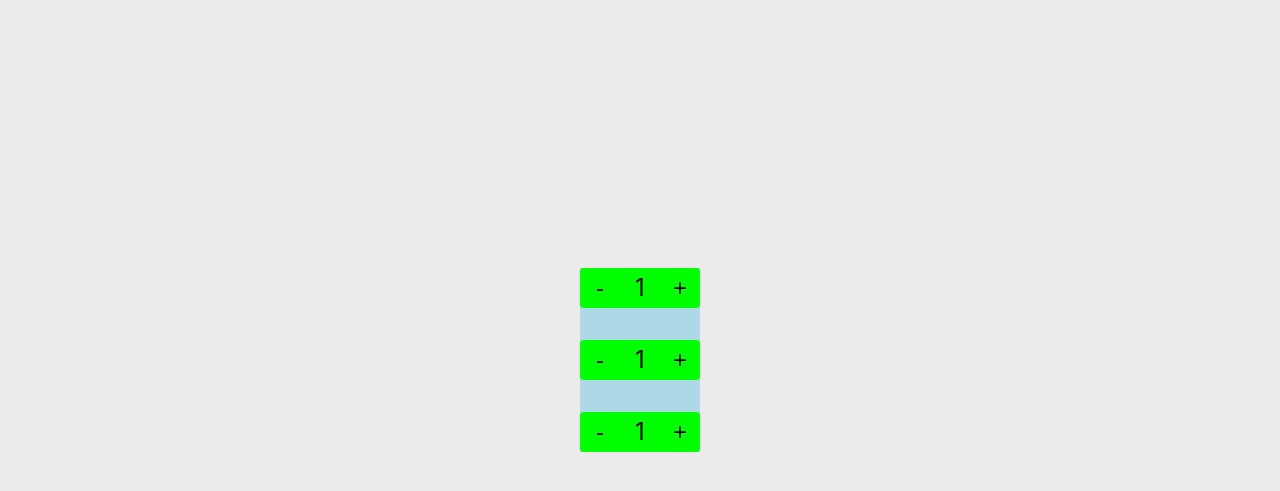
Repository: max535/test-task-netrika
Page: /
The author's editor kept a copy of each file at every save. The page is drawn from the files as they stood at one save, then again after the next save.
The browser window is 1280 px wide. The pictures show the whole page.
The project was rebuilt for these pictures with package versions that can differ from the ones it lists, and the page was loaded fresh each time.

Above is the page before, as saved 2021-10-16 07:53:32.

### public/index.html
<!DOCTYPE html>
<html lang="en">
  <head>
    <meta charset="utf-8" />
    <meta name="viewport" content="width=device-width, initial-scale=1" />
    <title>Тестовые задания</title>
  </head>
  <body>
    <div id="root"></div>
  </body>
</html>

### src/App.js
import React from 'react';
import Counter from './Counter/Counter';
import './App.css';

function App() {
  return (
    <div className="App">
      <div className="Frame">
        <Counter style={{background: 'red'}} />
        <Counter className="Red" />
        <Counter className="Lime" />
      </div>
    </div>
  );
}

export default App;

### src/Counter/Counter.js
import React, { useState } from 'react';
import "./Counter.css";

const Counter = () => {
    const [count, setCount] = useState(1);

    const handleIncrement = () => {
        setCount(count + 1);
    }

    const handleDecrement = () => {
        setCount(count - 1);
    }

    return (
        <div className="Counter">
            <button className="Decrement" onClick={handleDecrement}>-</button>
            <div className="Count">{count}</div>
            <button className="Increment" onClick={handleIncrement}>+</button>
        </div>
    );
}

export default Counter;

### src/App.css
.App {
  position: fixed;
  top: 0;
  left: 0;
  width: 100%;
  height: 100%;
  display: flex;
  flex-direction: column;
  justify-content: center;
  align-items: center;
  background-color: #EBEBEB;
}

### src/Counter/Counter.css
.Frame {
    display: flex;
    flex-direction: column;
    justify-content: space-between;
    align-items: center;
    width: 120px;
    height: 184px;
    background-color: lightblue;
}


.Counter {
    display: flex;
    flex-direction: row;
    justify-content: space-between;
    width: 120px;
    height: 40px;
    background-color: lime;
    border: 0;
    border-radius: 50px;

}

.Decrement, .Increment {
    border-radius: 4px;
    width: 40px;
    height: 40px;
    border: none;
    background-color: inherit;
    font-size: 24px;
}

.Increment:hover, .Decrement:hover {
    background-color: #F7F7F7;
    transition: ease-in-out .2s;
}

.Increment:active, .Decrement:active {
    background-color: #DCDCDC;
}


/* .Increment {
    width: 40px;
    height: 40px;
} */

.Count {
    width: 40px;
    height: 40px;
    font-size: 24px;
    text-align: center;
    margin-top: 5px;
}

Loaded but not shown: src/index.js (common file); src/index.css (common file)

After the next save:
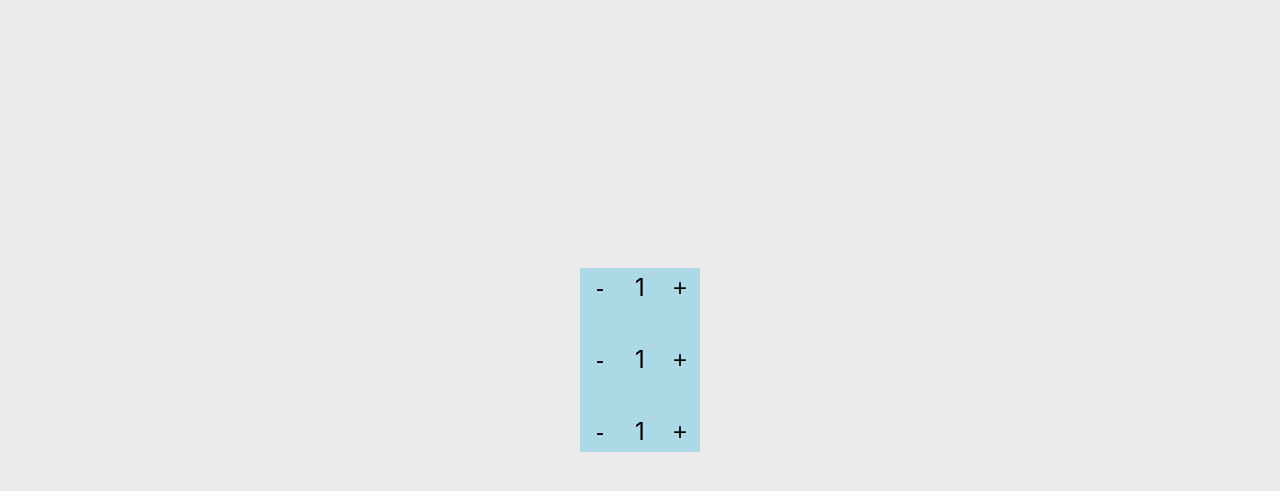
Saved 107 s later.
--- a/src/Counter/Counter.css
+++ b/src/Counter/Counter.css
@@ -15,7 +15,7 @@
     justify-content: space-between;
     width: 120px;
     height: 40px;
-    background-color: lime;
+
     border: 0;
     border-radius: 50px;
 

After the save that followed:
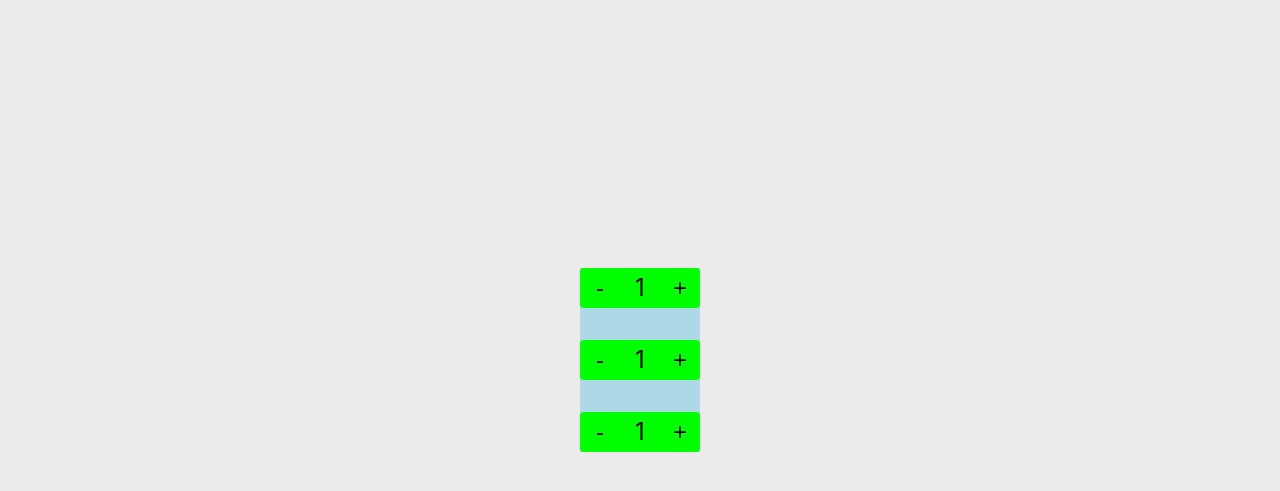
Saved 9 s later.
--- a/src/Counter/Counter.css
+++ b/src/Counter/Counter.css
@@ -15,7 +15,7 @@
     justify-content: space-between;
     width: 120px;
     height: 40px;
-
+    background-color: lime;
     border: 0;
     border-radius: 50px;
 
